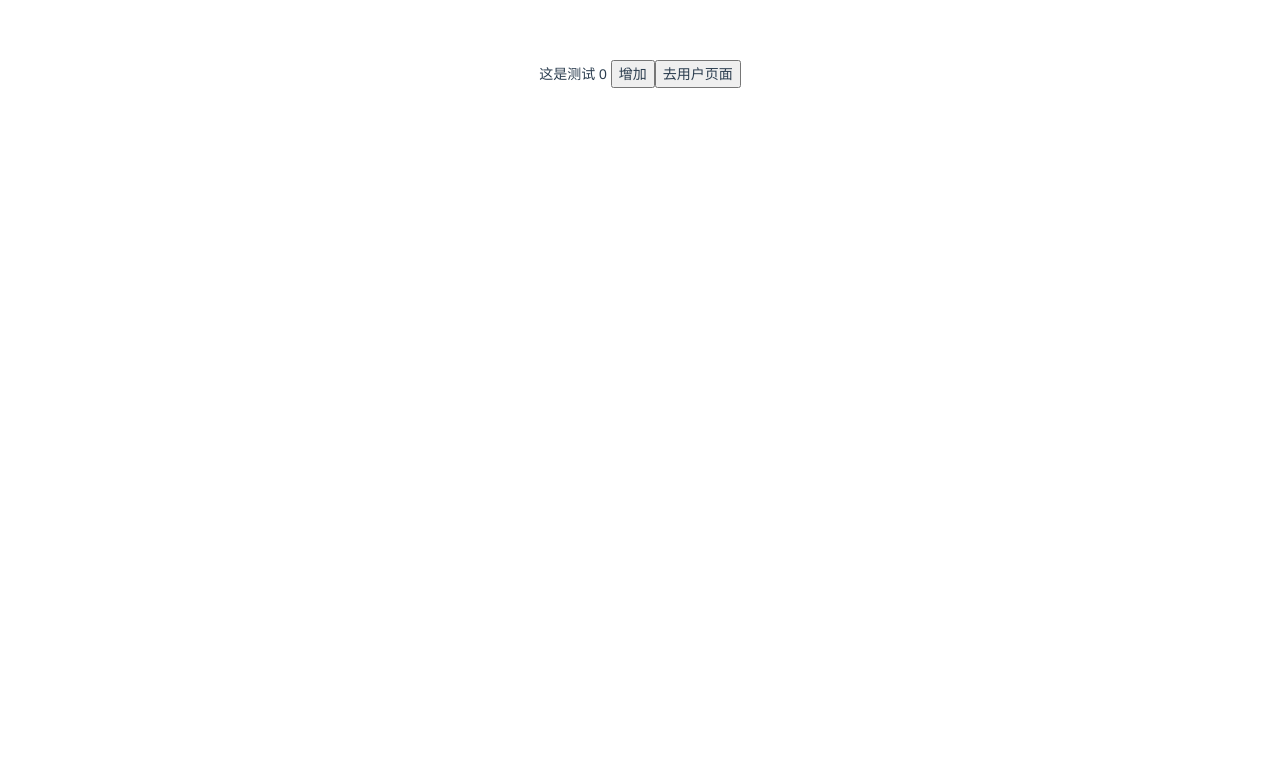
Repository: long3268671/vue3-vite-ts-antD
Page: /
An editor plug-in stored every save of this project. The page is shown before and after the next save, followed by the edit.
The browser window is 1280 px wide. The pictures show the whole page.
The project was rebuilt for these pictures with package versions that can differ from the ones it lists, and the page was loaded fresh each time. Also part of the build but not shown: vite.config.ts.

Above is the page before, as saved 2021-12-16 15:36:32.

After the next save:
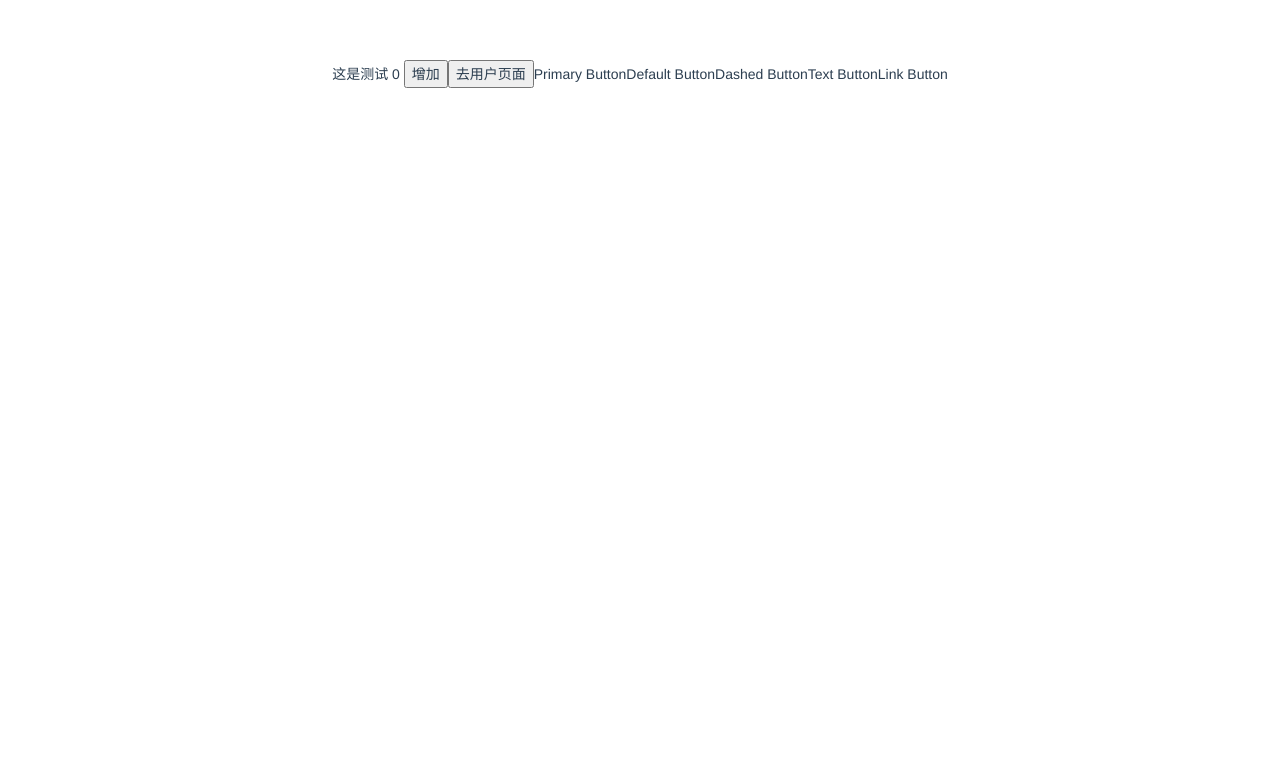
Saved 14 s later.
--- a/src/views/Home/index.vue
+++ b/src/views/Home/index.vue
@@ -4,7 +4,11 @@
         {{count}}
         <button @click="addCount">增加</button>
         <button @click="goUser">去用户页面</button>
-
+         <a-button type="primary">Primary Button</a-button>
+  <a-button>Default Button</a-button>
+  <a-button type="dashed">Dashed Button</a-button>
+  <a-button type="text">Text Button</a-button>
+  <a-button type="link">Link Button</a-button>
     </div>
 </template>
 
